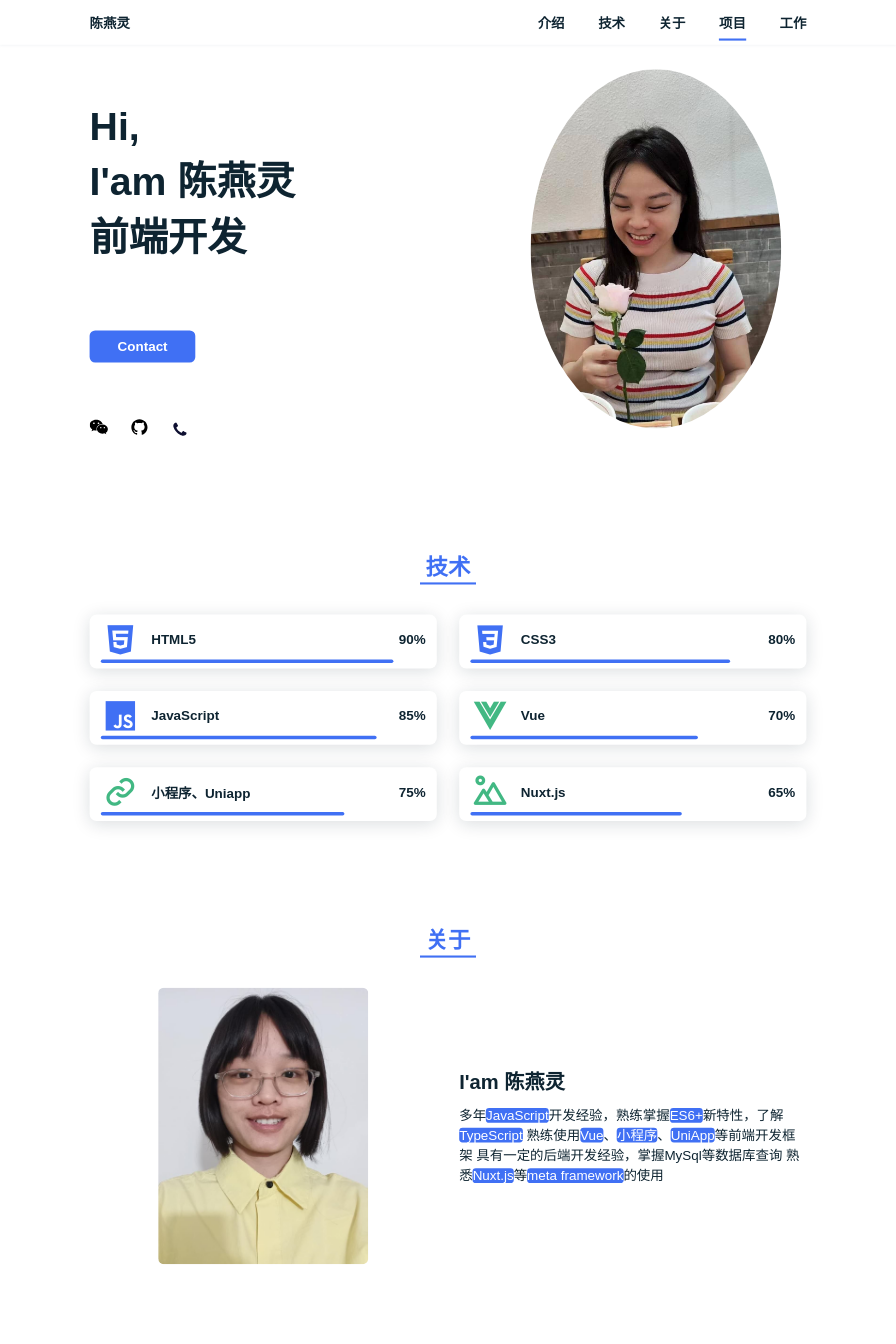
Repository: alinlinbo/yanling-resume-site
Page: index.html
These files come from the project's save history. The page is drawn as it stood at one moment and after the next save; the edit follows.
The browser window is 1280 px wide. The pictures show the part of the page from y = 0 to 1920 px (the page is 3770 px tall), at 70% of full size.

Above is the page before, as saved 2023-09-18 22:21:03.

After the next save:
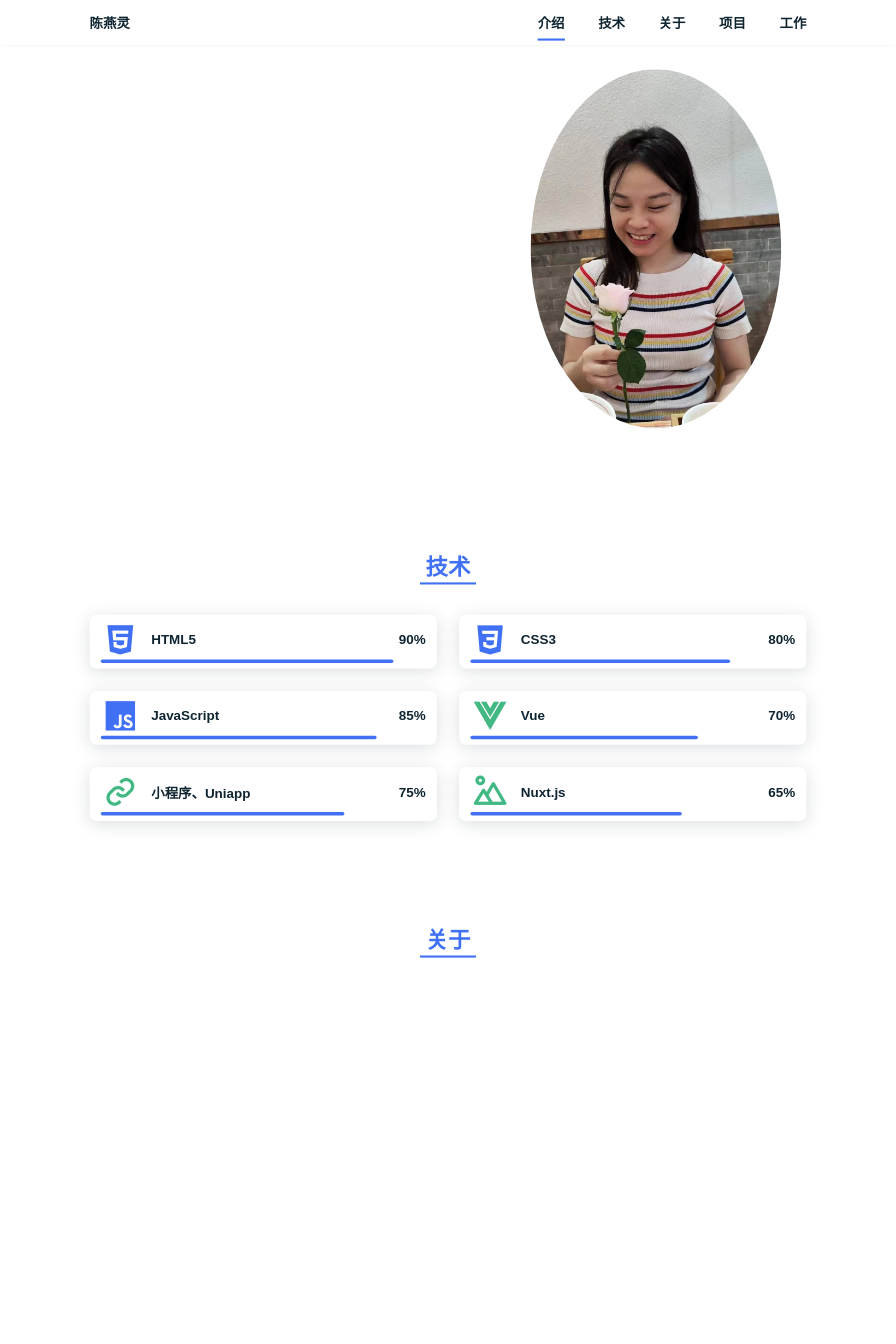
Console error: ReferenceError: iPhone15 is not defined
Saved 37 min 50 s later.
--- a/assets/js/main.js
+++ b/assets/js/main.js
@@ -1,4 +1,9 @@
+//判断是否是移动设备
+function isMobileDevice() {
+  return /Android|webOS|iPhone|iPad|iPod|BlackBerry|IEMobile|Opera Mini/i.test(navigator.userAgent);
+}
 
+isMobileDevice(iPhone15)
 // 点击联系
 const contactLink = document.querySelector('#contact')
 const phoneElement = document.querySelector('.phone')

After the save that followed:
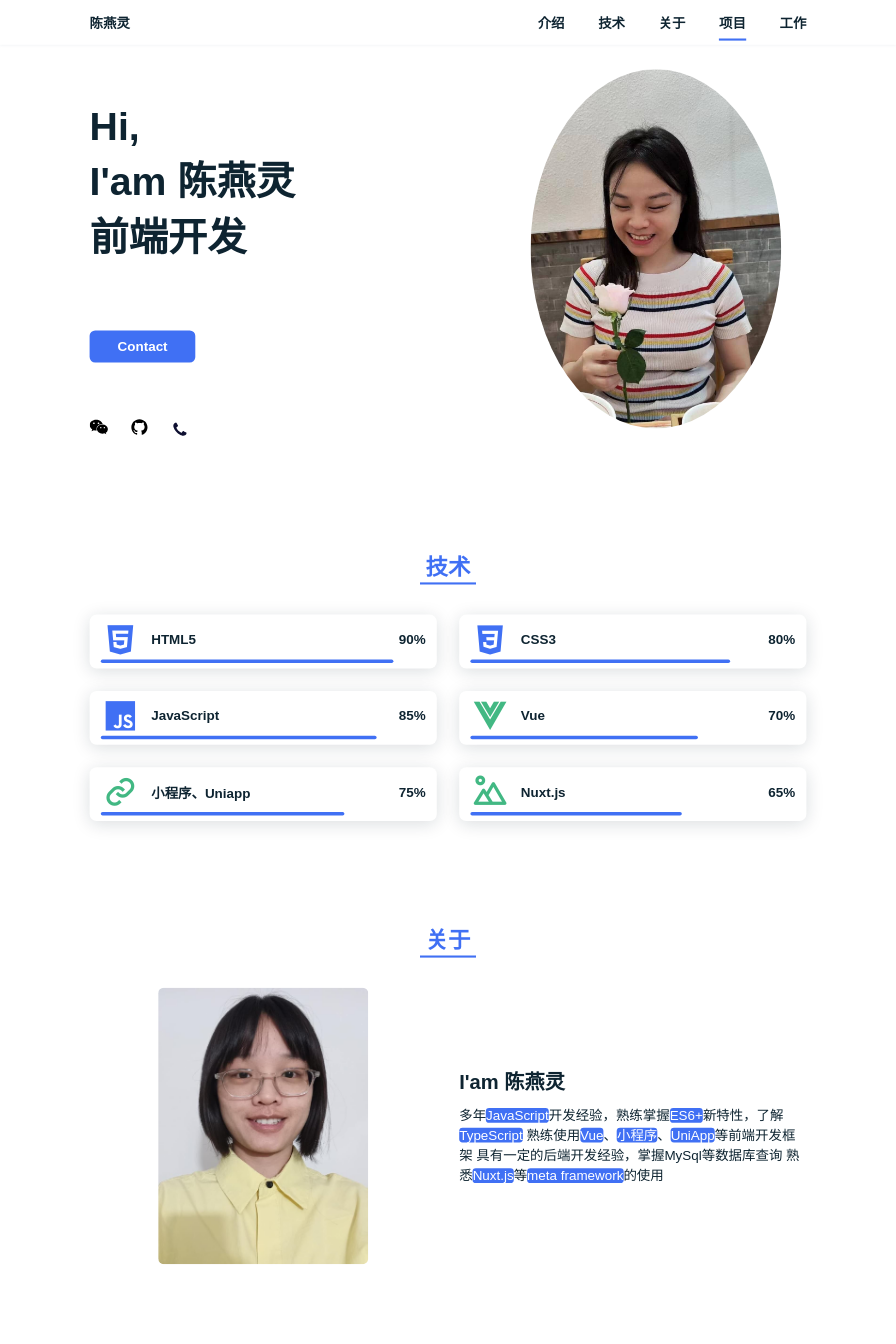
The error is gone.
Saved 11 s later.
--- a/assets/js/main.js
+++ b/assets/js/main.js
@@ -3,7 +3,7 @@
   return /Android|webOS|iPhone|iPad|iPod|BlackBerry|IEMobile|Opera Mini/i.test(navigator.userAgent);
 }
 
-isMobileDevice(iPhone15)
+isMobileDevice('iPhone15')
 // 点击联系
 const contactLink = document.querySelector('#contact')
 const phoneElement = document.querySelector('.phone')
